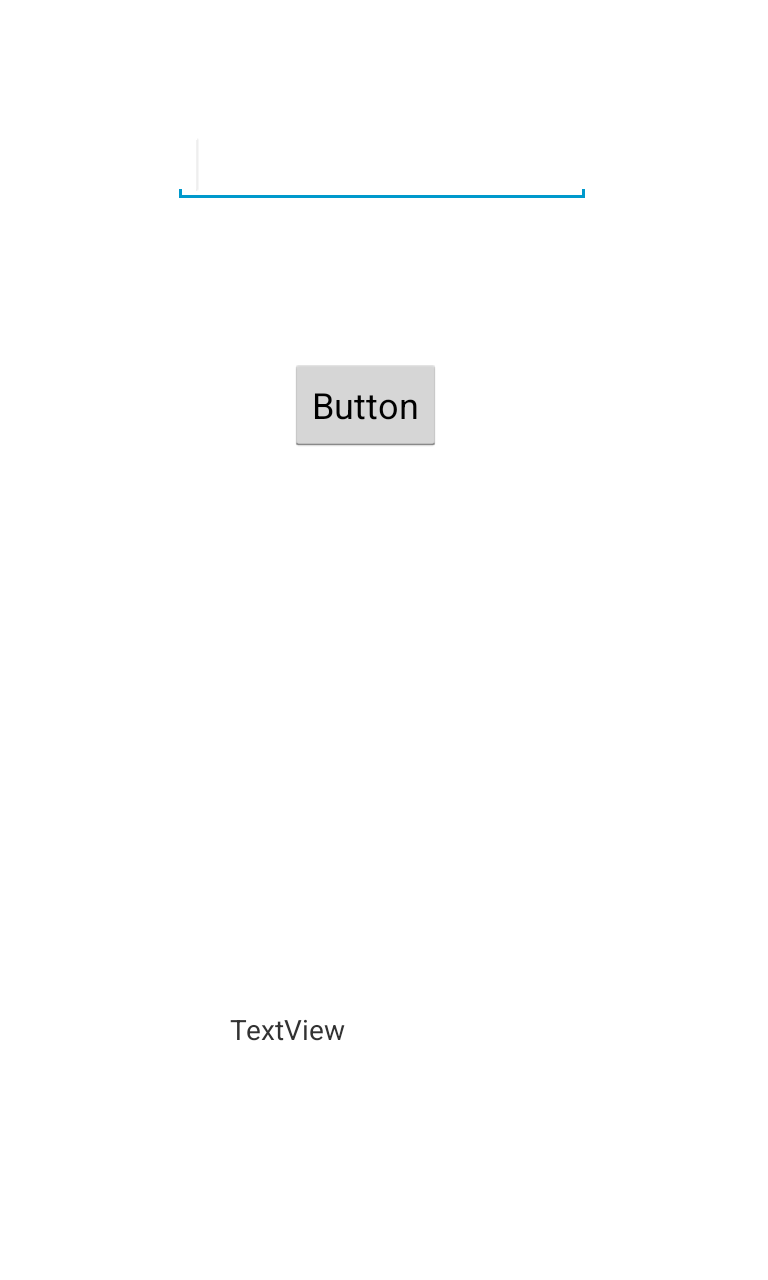
Repository: Shruthi06/designed-droid
Layout: meter_to_km/res/layout/activity_main.xml
These files come from the project's save history. The layout is drawn as it stood at one moment and after the next save; the edit follows.
It is drawn on a 768 x 1280 px phone screen (xhdpi) without system bars, with theme AppTheme; the app's code is not run.

Above is the layout before, as saved 2016-02-04 18:08:55.

After the next save:
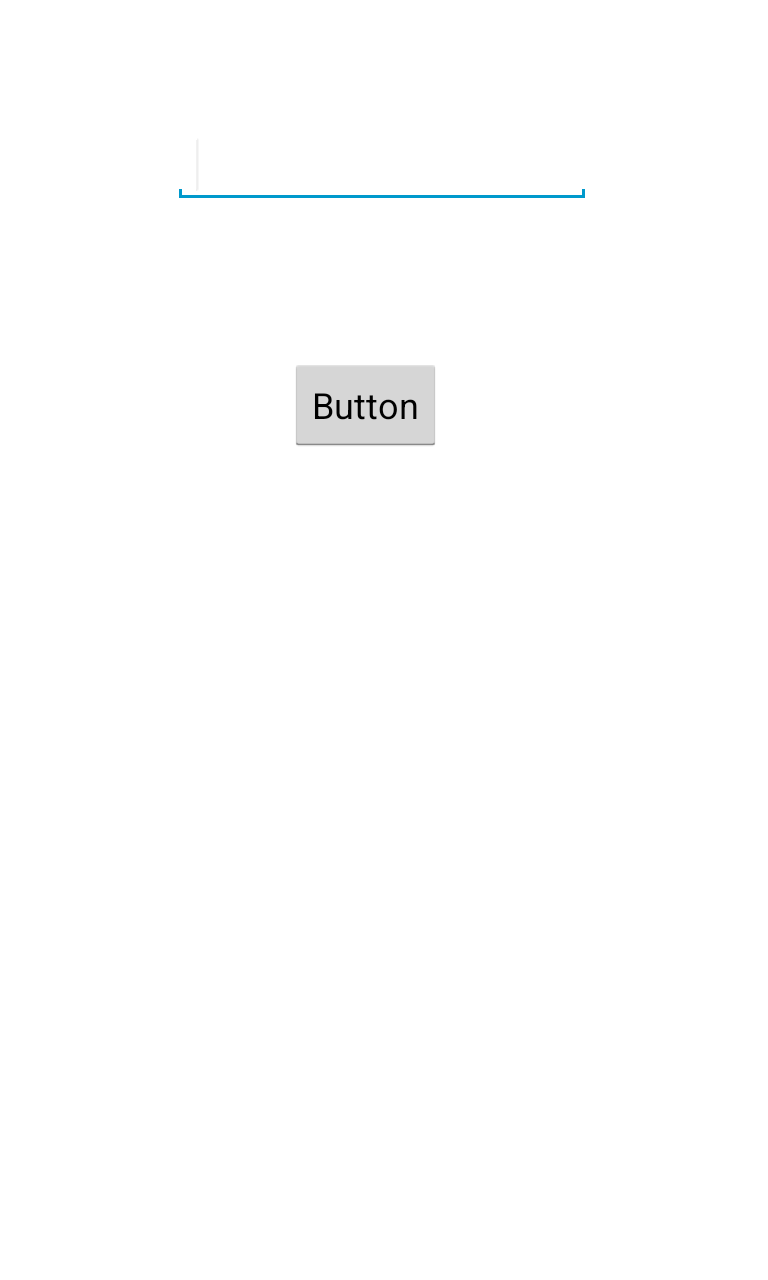
Saved 32 s later.
--- a/meter_to_km/res/layout/activity_main.xml
+++ b/meter_to_km/res/layout/activity_main.xml
@@ -38,7 +38,6 @@
         android:layout_alignLeft="@+id/meter"
         android:layout_alignParentBottom="true"
         android:layout_marginBottom="100dp"
-        android:layout_marginLeft="29dp"
-        android:text="TextView" />
+        android:layout_marginLeft="29dp" />
 
 </RelativeLayout>
